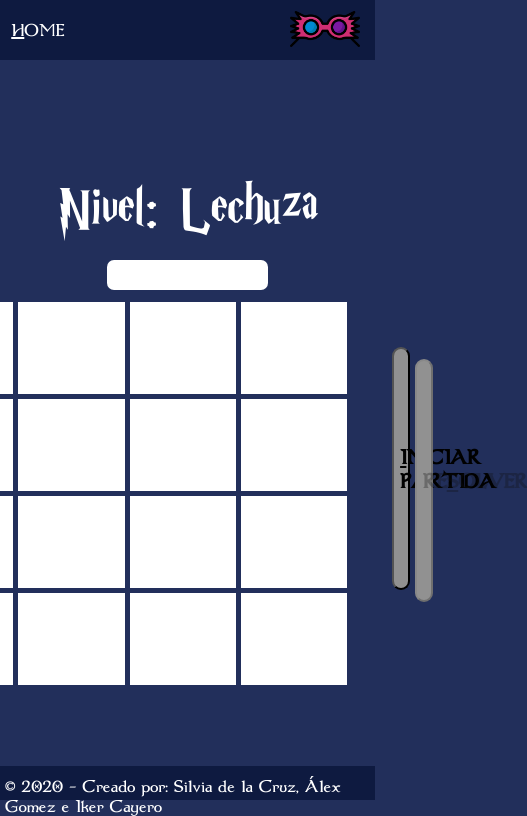
Repository: alexgomezdev/RavenclawSimon
Page: http://localhost/start.php
An editor plug-in stored every save of this project. The page is shown before and after the next save, followed by the edit.
The browser window is 375 px wide. The page is 527 px wide, so the pictures cover 527 px, including what lies to the right of the window. The pictures show the whole page.
The page is run by PHP 8.4 with error messages shown; the project is at /var/www/html/.

Above is the page before, as saved 2020-11-10 21:06:37.

After the next save:
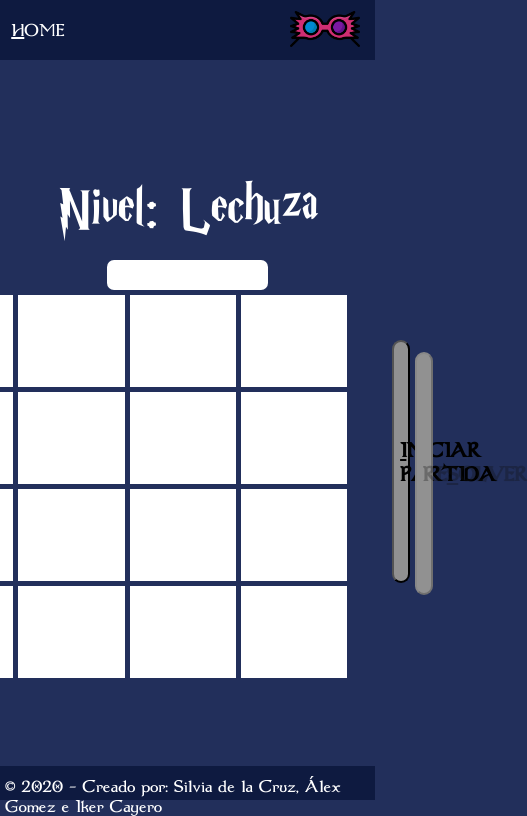
Saved 72 s later.
--- a/templates/start.css
+++ b/templates/start.css
@@ -113,3 +113,10 @@
     width: 45%;
   }
 }
+
+@media (max-width: 460px) {
+  #progress {
+    margin: 0 auto;
+    width: 45%;
+  }
+}
